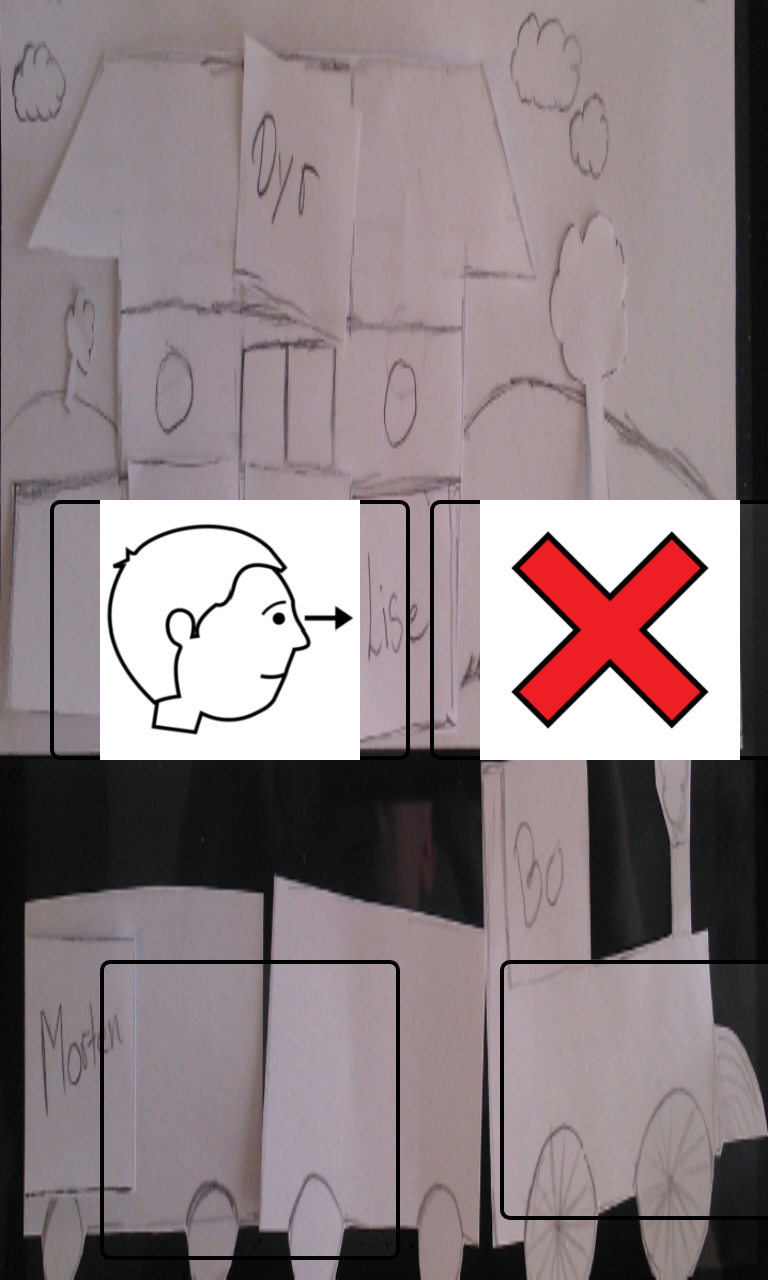
Repository: figa12/sw606f13
Layout: Source/backgroundTest/backgroundTest/res/layout/activity_main.xml
An editor plug-in stored every save of this project. The layout is shown before and after the next save, followed by the edit.
It is drawn on a 768 x 1280 px phone screen (xhdpi) without system bars, with theme AppTheme; the app's code is not run.

Above is the layout before, as saved 2013-02-28 11:31:32.

### Source/backgroundTest/backgroundTest/res/layout/activity_main.xml
<?xml version="1.0" encoding="utf-8"?>
<AbsoluteLayout xmlns:android="http://schemas.android.com/apk/res/android"
    android:layout_width="match_parent"
    android:layout_height="match_parent"
    android:orientation="vertical"
    android:background="@drawable/pic" >

    <LinearLayout
        android:id="@+id/topleft"
        android:layout_width="180dp"
        android:layout_height="130dp"
        android:layout_x="25dp"
        android:layout_y="250dp"
        android:background="@drawable/shape"
        android:tag="1">

        <ImageView
            android:id="@+id/myimage1"
            android:layout_width="wrap_content"
            android:layout_height="wrap_content"
            android:src="@drawable/se" />

    </LinearLayout>

    <LinearLayout
        android:id="@+id/LinearLayout02"
        android:layout_width="180dp"
        android:layout_height="130dp"
        android:layout_x="215dp"
        android:layout_y="250dp"
        android:background="@drawable/shape"
        android:tag="2" >


        <ImageView
            android:id="@+id/myimage2"
            android:layout_width="wrap_content"
            android:layout_height="wrap_content"
            android:src="@drawable/nej" />

    </LinearLayout>

    <LinearLayout
        android:id="@+id/LinearLayout04"
        android:layout_width="180dp"
        android:layout_height="130dp"
        android:layout_x="405dp"
        android:layout_y="250dp"
        android:background="@drawable/shape"
        android:tag="3" >

        <ImageView
            android:id="@+id/myimage3"
            android:layout_width="wrap_content"
            android:layout_height="wrap_content"
            android:src="@drawable/mig" />
    </LinearLayout>

    <LinearLayout
        android:id="@+id/LinearLayout05"
        android:layout_width="180dp"
        android:layout_height="130dp"
        android:layout_x="595dp"
        android:layout_y="250dp"
        android:background="@drawable/shape"
        android:tag="4" >

        <ImageView
            android:id="@+id/myimage4"
            android:layout_width="wrap_content"
            android:layout_height="wrap_content"
            android:src="@drawable/bade" />
    </LinearLayout>

    <LinearLayout
        android:id="@+id/LinearLayout06"
        android:layout_width="180dp"
        android:layout_height="130dp"
        android:layout_x="400dp"
        android:layout_y="30dp"
        android:background="@drawable/shape" >

    <ImageView
            android:id="@+id/myimage5"
            android:layout_width="wrap_content"
            android:layout_height="wrap_content" />

    </LinearLayout>

    <LinearLayout
        android:id="@+id/topright"
        android:layout_width="180dp"
        android:layout_height="130dp"
        android:layout_x="250dp"
        android:layout_y="480dp"
        android:background="@drawable/shape">

    <ImageView
            android:id="@+id/myimage6"
            android:layout_width="wrap_content"
            android:layout_height="wrap_content" />

    </LinearLayout>

    <LinearLayout
        android:id="@+id/LinearLayout07"
        android:layout_width="180dp"
        android:layout_height="130dp"
        android:layout_x="810dp"
        android:layout_y="400dp"
        android:background="@drawable/shape" >

                <ImageView
            android:id="@+id/myimage7"
            android:layout_width="wrap_content"
            android:layout_height="wrap_content" />


    </LinearLayout>

    <LinearLayout
        android:id="@+id/LinearLayout01"
        android:layout_width="180dp"
        android:layout_height="130dp"
        android:layout_x="450dp"
        android:layout_y="480dp"
        android:background="@drawable/shape" >

                <ImageView
            android:id="@+id/myimage8"
            android:layout_width="wrap_content"
            android:layout_height="wrap_content"  />
    </LinearLayout>

    <LinearLayout
        android:id="@+id/bottomleft"
        android:layout_width="180dp"
        android:layout_height="130dp"
        android:layout_x="630dp"
        android:layout_y="480dp"
        android:background="@drawable/shape" >

     <ImageView
            android:id="@+id/myimage9"
            android:layout_width="wrap_content"
            android:layout_height="wrap_content" />

    </LinearLayout>

    <LinearLayout
        android:id="@+id/bottomright"
        android:layout_width="150dp"
        android:layout_height="150dp"
        android:layout_x="50dp"
        android:layout_y="480dp"
        android:background="@drawable/shape" >

        <ImageView
            android:id="@+id/myimage10"
            android:layout_width="match_parent"
            android:layout_height="match_parent" />

    </LinearLayout>

</AbsoluteLayout>

### Source/backgroundTest/backgroundTest/res/drawable/shape.xml
<?xml version="1.0" encoding="UTF-8"?>
<shape xmlns:android="http://schemas.android.com/apk/res/android"
    android:shape="rectangle" >

    <stroke
        android:width="2dp"
        android:color="#FF000000" />

    <gradient
        android:angle="225"
        android:startColor="#1Af8f8ff" />

    <corners
        android:bottomLeftRadius="4dp"
        android:bottomRightRadius="4dp"
        android:topLeftRadius="4dp"
        android:topRightRadius="4dp" />

</shape>

Loaded but not shown: Source/backgroundTest/backgroundTest/res/values/styles.xml (common file); Source/backgroundTest/backgroundTest/res/values-v11/styles.xml (common file); Source/backgroundTest/backgroundTest/res/values-v14/styles.xml (common file)

After the next save:
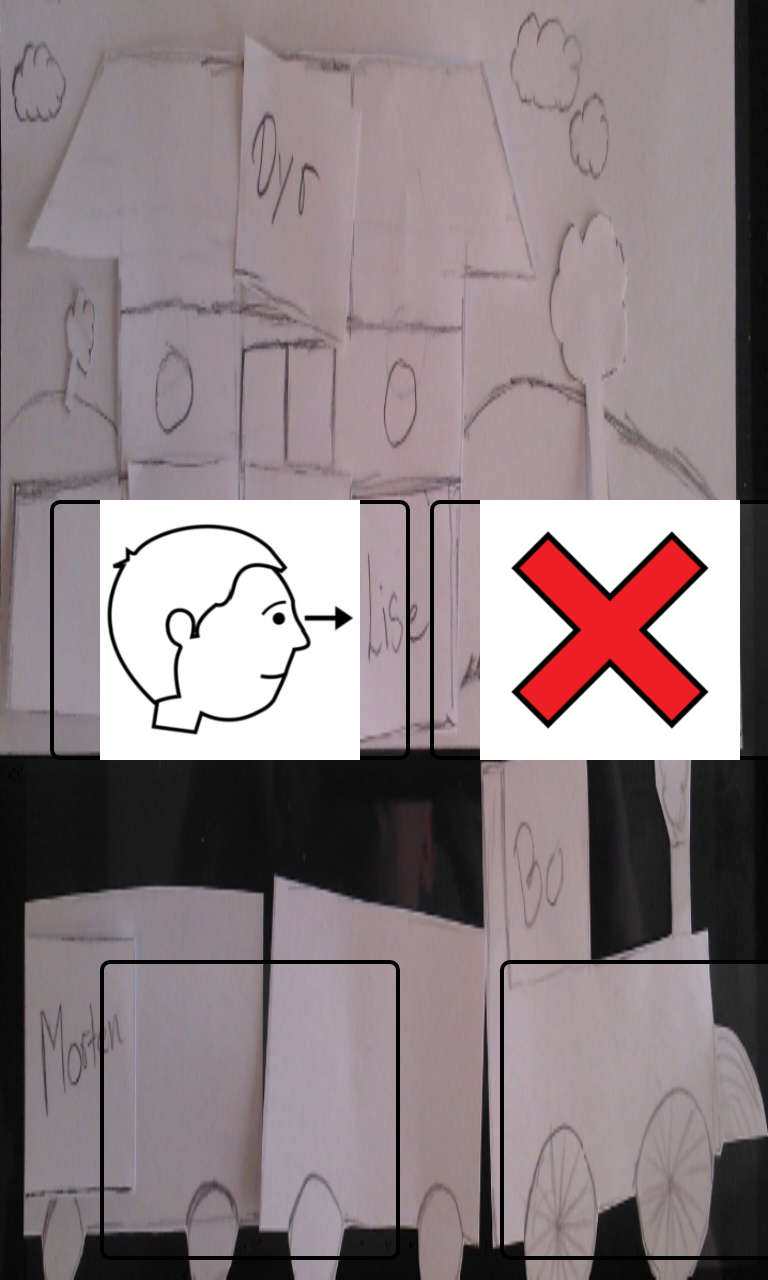
Saved 41 s later.
--- a/Source/backgroundTest/backgroundTest/res/layout/activity_main.xml
+++ b/Source/backgroundTest/backgroundTest/res/layout/activity_main.xml
@@ -58,8 +58,8 @@
 
     <LinearLayout
         android:id="@+id/LinearLayout05"
-        android:layout_width="180dp"
-        android:layout_height="130dp"
+        android:layout_width="150dp"
+        android:layout_height="150dp"
         android:layout_x="595dp"
         android:layout_y="250dp"
         android:background="@drawable/shape"
@@ -74,8 +74,8 @@
 
     <LinearLayout
         android:id="@+id/LinearLayout06"
-        android:layout_width="180dp"
-        android:layout_height="130dp"
+        android:layout_width="150dp"
+        android:layout_height="150dp"
         android:layout_x="400dp"
         android:layout_y="30dp"
         android:background="@drawable/shape" >
@@ -89,8 +89,8 @@
 
     <LinearLayout
         android:id="@+id/topright"
-        android:layout_width="180dp"
-        android:layout_height="130dp"
+        android:layout_width="150dp"
+        android:layout_height="150dp"
         android:layout_x="250dp"
         android:layout_y="480dp"
         android:background="@drawable/shape">
@@ -104,8 +104,8 @@
 
     <LinearLayout
         android:id="@+id/LinearLayout07"
-        android:layout_width="180dp"
-        android:layout_height="130dp"
+        android:layout_width="150dp"
+        android:layout_height="150dp"
         android:layout_x="810dp"
         android:layout_y="400dp"
         android:background="@drawable/shape" >
@@ -120,8 +120,8 @@
 
     <LinearLayout
         android:id="@+id/LinearLayout01"
-        android:layout_width="180dp"
-        android:layout_height="130dp"
+        android:layout_width="150dp"
+        android:layout_height="150dp"
         android:layout_x="450dp"
         android:layout_y="480dp"
         android:background="@drawable/shape" >
@@ -134,8 +134,8 @@
 
     <LinearLayout
         android:id="@+id/bottomleft"
-        android:layout_width="180dp"
-        android:layout_height="130dp"
+        android:layout_width="150dp"
+        android:layout_height="150dp"
         android:layout_x="630dp"
         android:layout_y="480dp"
         android:background="@drawable/shape" >
